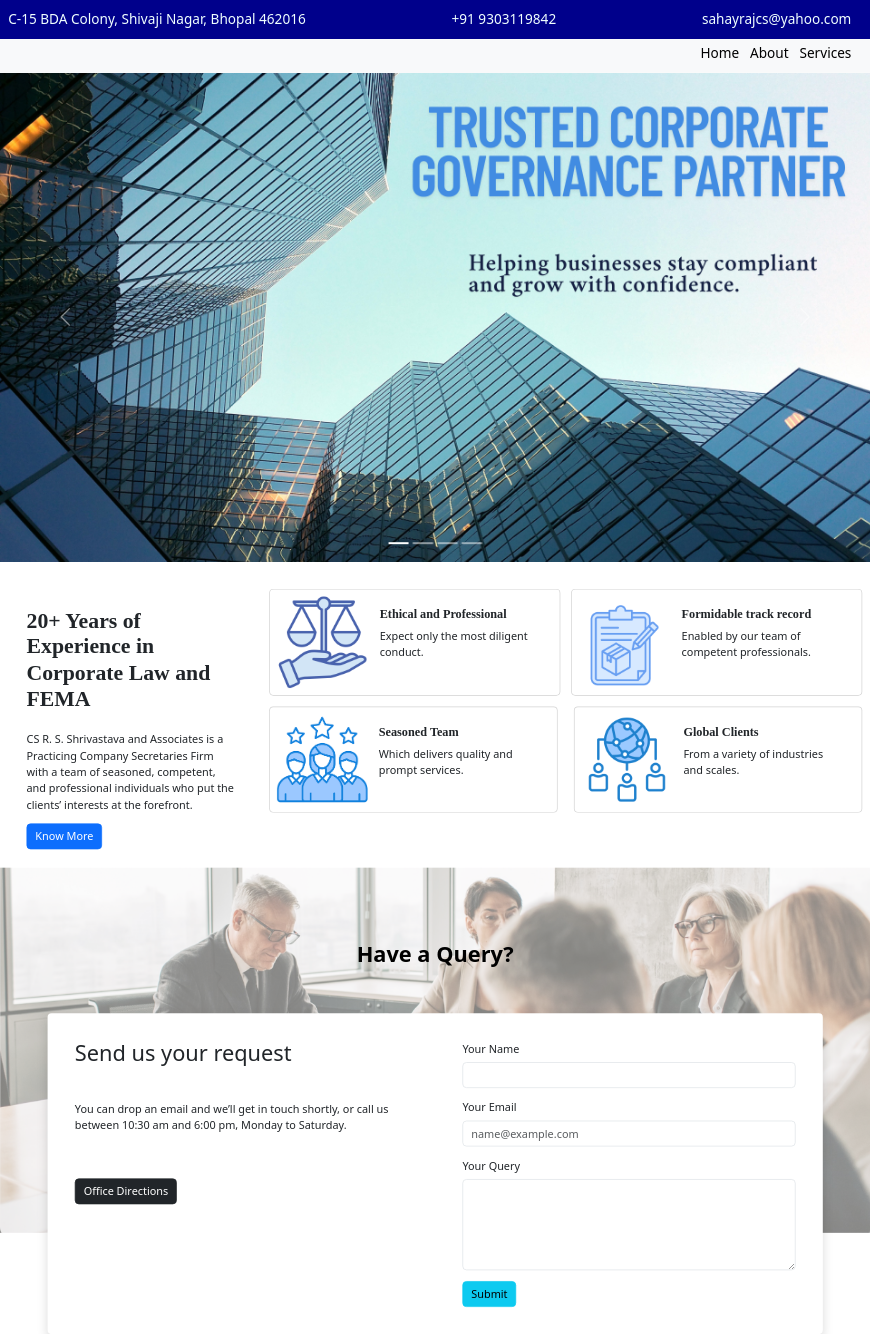
Repository: aayushiss/CS-RSS
Page: index.html
An editor plug-in stored every save of this project. The page is shown before and after the next save, followed by the edit.
The browser window is 1280 px wide. The pictures show the whole page, at 68% of full size.

Above is the page before, as saved 2025-05-15 19:43:11.

After the next save:
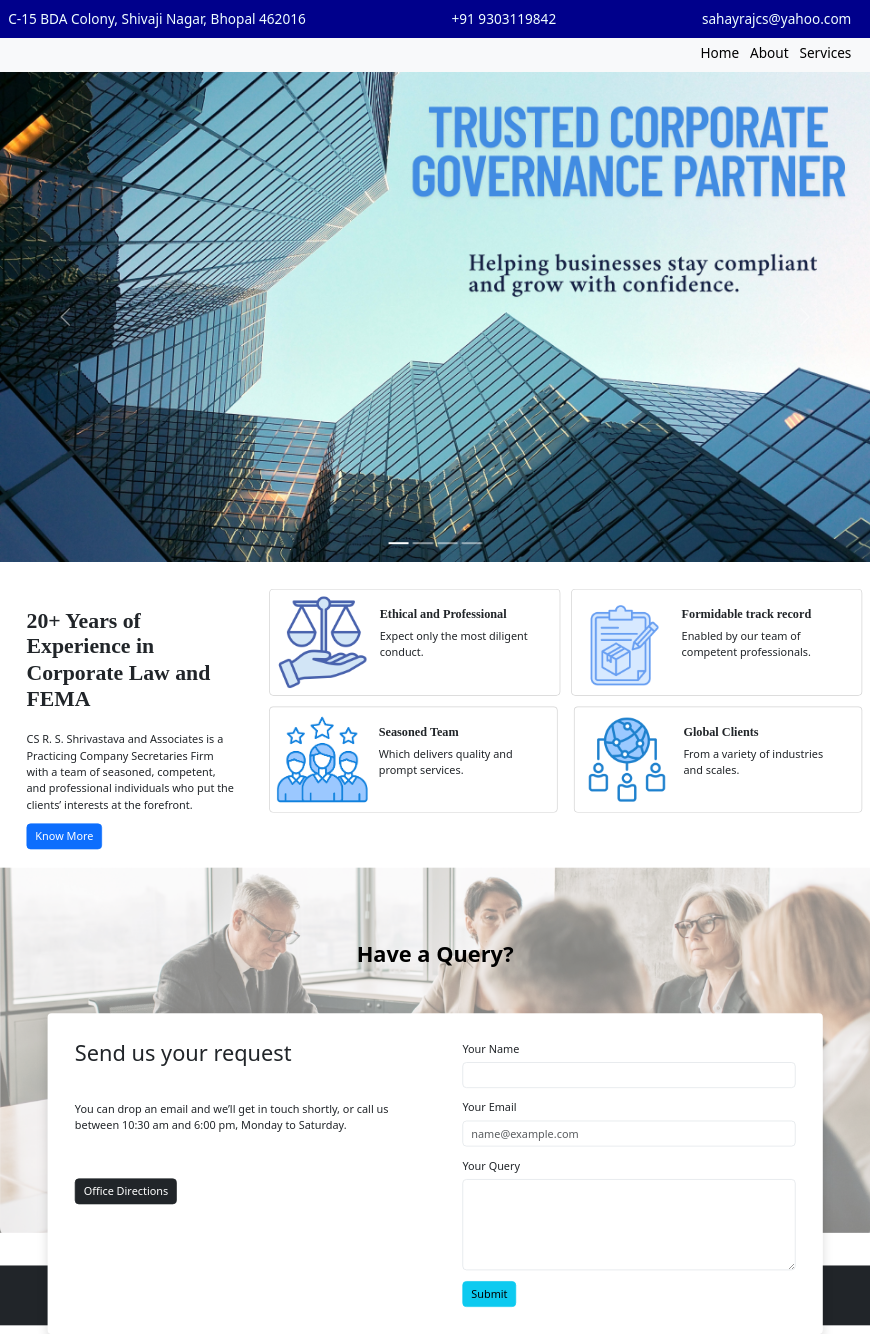
Saved 2 min 30 s later.
--- a/index.html
+++ b/index.html
@@ -193,7 +193,9 @@
     </div>
   </div>
   </div>
-
+  <footer class="bg-dark text-white text-center py-4 mt-5">
+    <p>&copy; 2025 CS R. S. Shrivastava and Associates. All rights reserved.</p>
+  </footer>
 
   <script src="https://cdn.jsdelivr.net/npm/bootstrap@5.3.3/dist/js/bootstrap.bundle.min.js"
     integrity="sha384-YvpcrYf0tY3lHB60NNkmXc5s9fDVZLESaAA55NDzOxhy9GkcIdslK1eN7N6jIeHz"
